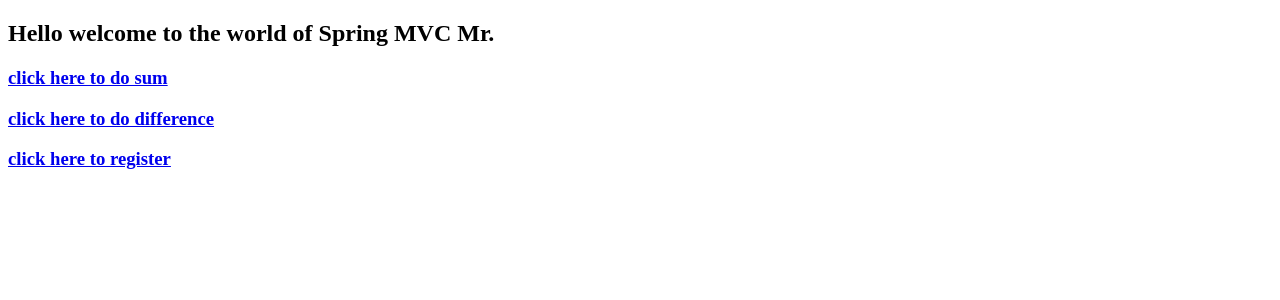
Repository: BharathiGongati/SEHE5Hibernate
Page: http://localhost/MVCProject/home.jsp
These files come from the project's save history. The page is drawn as it stood at one moment and after the next save; the edit follows.
The browser window is 1280 px wide. The pictures show the whole page.
The page is served by Tomcat 9. Other server files are loaded and not shown.

Above is the page before, as saved 2023-07-13 16:56:04.

### SEHE7/MVCProject/src/main/webapp/home.jsp
<%@ page language="java" contentType="text/html; charset=ISO-8859-1"
	pageEncoding="ISO-8859-1" isELIgnored="false"%>
<!DOCTYPE html>
<html>
<head>
<meta charset="ISO-8859-1">
<title>Insert title here</title>
</head>
<body>
	<h2>Hello welcome to the world of Spring MVC Mr.${username}</h2>
	<h3>
		<a href="sum.jsp"> click here to do sum</a>
	</h3>
	<h3>
		<a href="diff.jsp"> click here to do difference</a>
	</h3>
	<h3>
		<a href="register.jsp"> click here to register</a>
	</h3>

</body>
</html>

After the next save:
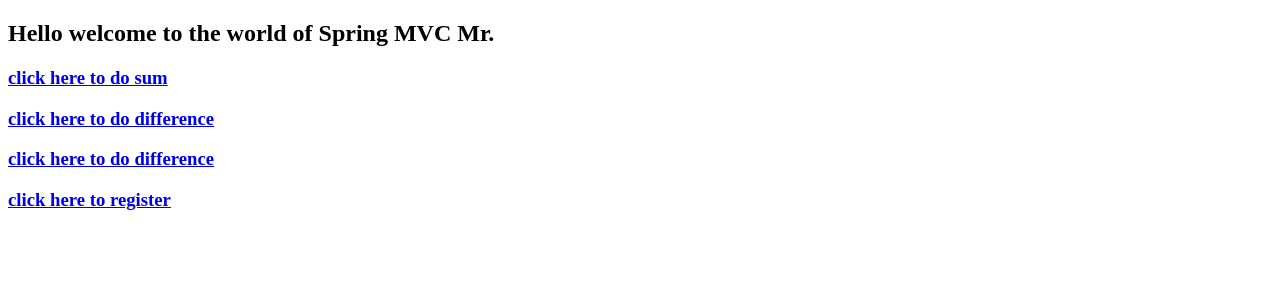
Saved 21 s later.
--- a/SEHE7/MVCProject/src/main/webapp/home.jsp
+++ b/SEHE7/MVCProject/src/main/webapp/home.jsp
@@ -15,6 +15,9 @@
 		<a href="diff.jsp"> click here to do difference</a>
 	</h3>
 	<h3>
+		<a href="mul.jsp"> click here to do difference</a>
+	</h3>
+	<h3>
 		<a href="register.jsp"> click here to register</a>
 	</h3>
 
